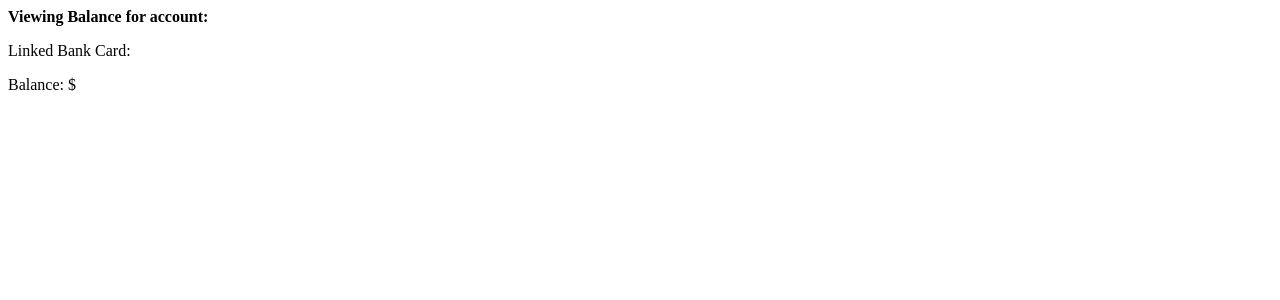
Repository: kingron98/SoftEng-Bank-Web-Application-
Page: http://localhost/SE3_BankWebApp/checkBalance.jsp
The author's editor kept a copy of each file at every save. The page is drawn from the files as they stood at one save, then again after the next save.
The browser window is 1280 px wide. The pictures show the whole page.
The page is served by Tomcat 9. Other server files are loaded and not shown.

Above is the page before, as saved 2020-12-13 16:20:28.

### SE3 Bank App/Java/Workspace/SE3_BankWebApp/WebContent/checkBalance.jsp
<%@ page language="java" contentType="text/html; charset=ISO-8859-1"
    pageEncoding="ISO-8859-1"%>
<!DOCTYPE html PUBLIC "-//W3C//DTD HTML 4.01 Transitional//EN" "http://www.w3.org/TR/html4/loose.dtd">

<%@ taglib uri="http://java.sun.com/jsp/jstl/core" prefix="c" %>

<%@ page import="java.util.*" %>
<%@ page import="com.example.business.BankAccount" %>
<%@ page import="com.example.business.Customer" %>

<html>
<head>
<meta http-equiv="Content-Type" content="text/html; charset=ISO-8859-1">
<title>Check Balance</title>
</head>
<body>

	<c:set var="bankaccount" value="${sessionScope.bankaccount}"/>
	<c:set var="customer" value="${sessionScope.customer}"/>
	<b>Viewing Balance for account: <c:out value="${bankaccount.accountId}"/></b>
	<p>Linked Bank Card: <c:out value="${customer.linkedBankCard}"/></p>
	<p>Balance: $<c:out value="${bankaccount.balance}"/></p>

</body>
</html>

After the next save:
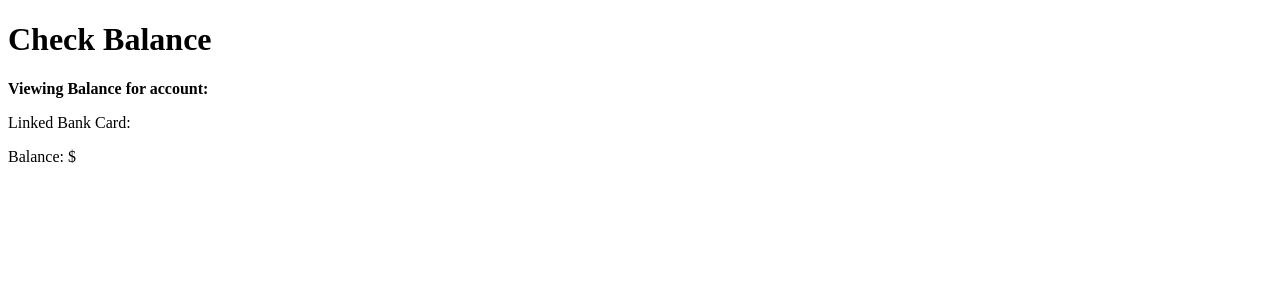
Saved 3 min 2 s later.
--- a/SE3 Bank App/Java/Workspace/SE3_BankWebApp/WebContent/checkBalance.jsp
+++ b/SE3 Bank App/Java/Workspace/SE3_BankWebApp/WebContent/checkBalance.jsp
@@ -15,6 +15,7 @@
 </head>
 <body>
 
+	<h1>Check Balance</h1>
 	<c:set var="bankaccount" value="${sessionScope.bankaccount}"/>
 	<c:set var="customer" value="${sessionScope.customer}"/>
 	<b>Viewing Balance for account: <c:out value="${bankaccount.accountId}"/></b>
